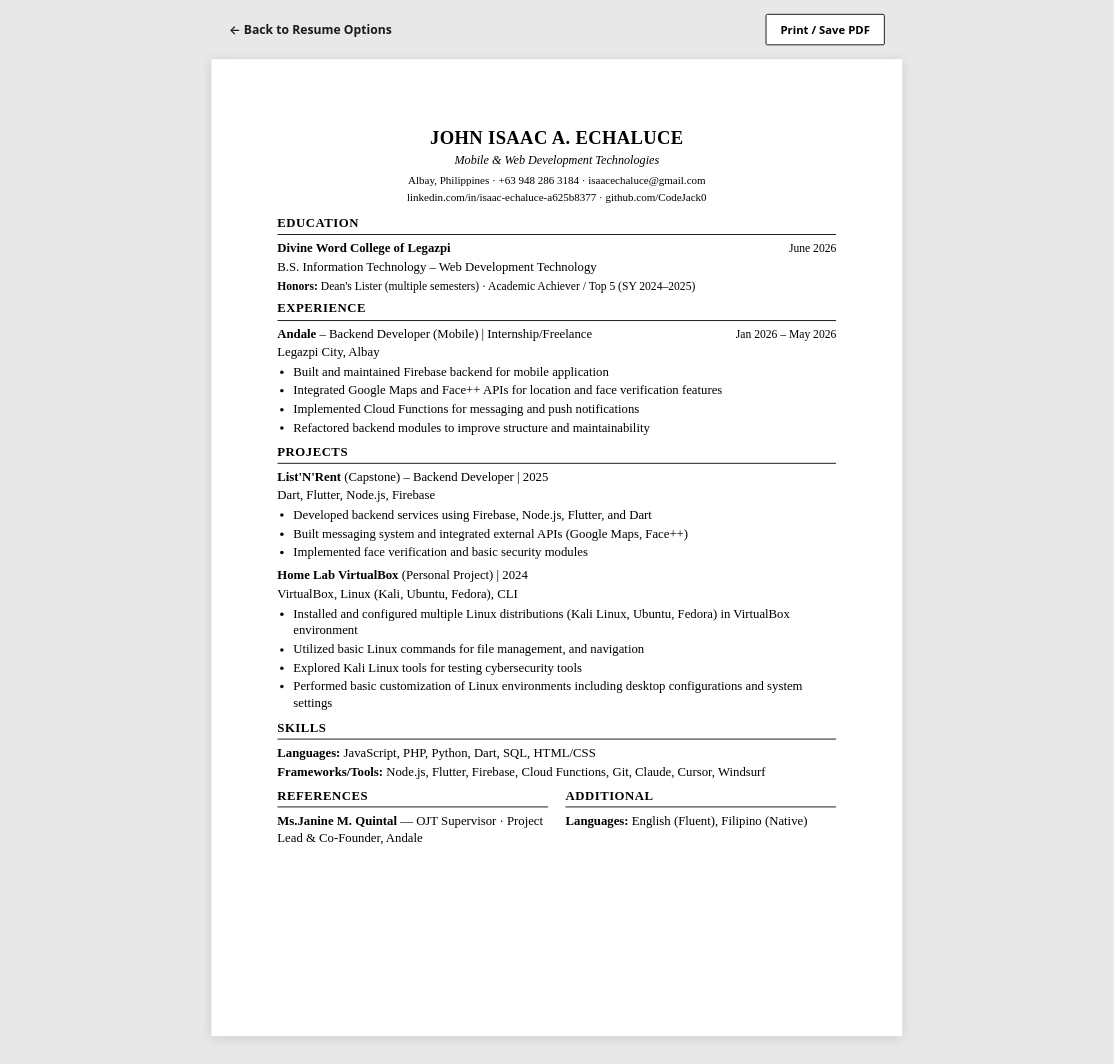
Repository: CodeJack0/Professional_Portfolio
Page: pages/resume_development.html
An editor plug-in stored every save of this project. The page is shown before and after the next save, followed by the edit.
The browser window is 1280 px wide. The pictures show the whole page, at 87% of full size.

Above is the page before, as saved 2026-05-29 22:18:36.

After the next save:
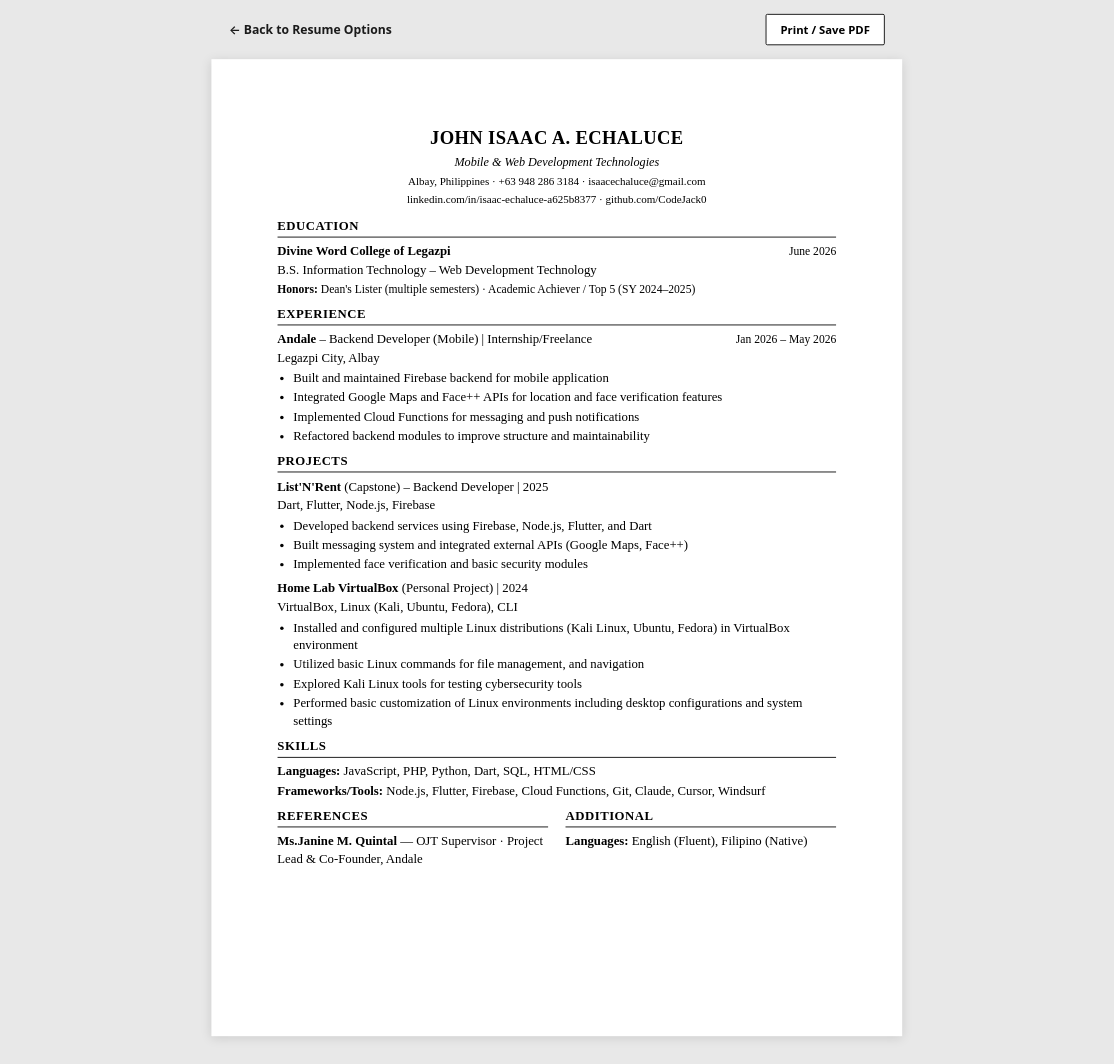
Saved 10 h 2 min later.
--- a/css/resume.css
+++ b/css/resume.css
@@ -16,7 +16,7 @@ body.resume-page {
   margin: 0;
   font-family: "Times New Roman", Times, Georgia, serif;
   font-size: 11pt;
-  line-height: 1.35;
+  line-height: 1.4;
   color: #000;
   background: #e8e8e8;
   -webkit-font-smoothing: antialiased;
